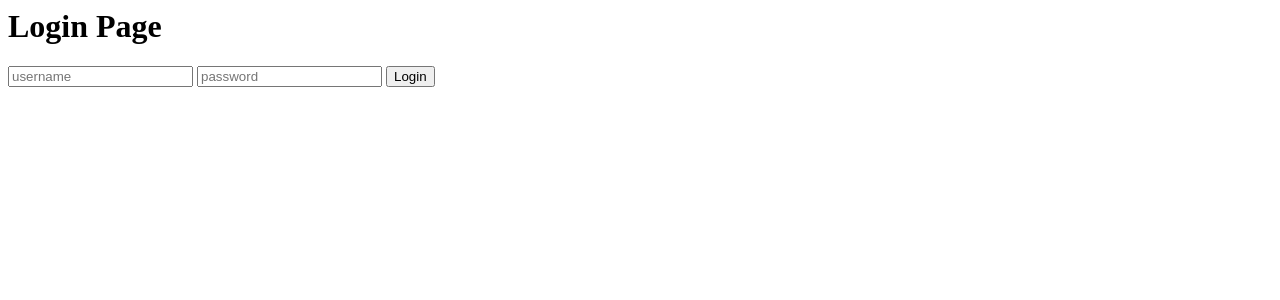
Repository: pichu0528/Web-Development
Page: http://localhost/login
The author's editor kept a record of every edit. The page is drawn from the files as they stood at one moment, then again after the next edit.
The browser window is 1280 px wide. The pictures show the whole page.
The page is served by the project's Node server (YelpCamp/v6/app.js). Other server files are loaded and not shown.

Above is the page before.

### YelpCamp/v6/views/login.ejs
<h1>Login Page</h1>

<form>
    <input type="text" name="username" placeholder="username">
    <input type="password" name="password" placeholder="password">
    <input type="submit" value="Login">
</form>

### YelpCamp/v6/app.js
var express       = require("express"),
    app           = express(),
    bodyparser    = require("body-parser"),
    mongoose      = require("mongoose"),
    passport      = require("passport"),
    LocalStrategy = require("passport-local"),
    Campground    = require("./models/campground.js"),
    Comment       = require("./models/comment"),
    User          = require("./models/user"),
    seedDB        = require("./seeds");

/*Connecting to Mongo Database*/
mongoose.connect("mongodb://localhost:27017/yelp_camp",{ useNewUrlParser: true });



// var campgrounds = [
//     {name: "Mountain", image:"https://upload.wikimedia.org/wikipedia/commons/thumb/6/6e/Monasterio_Khor_Virap%2C_Armenia%2C_2016-10-01%2C_DD_25.jpg/1200px-Monasterio_Khor_Virap%2C_Armenia%2C_2016-10-01%2C_DD_25.jpg"},
//     {name: "Ocean", image:"https://kids.nationalgeographic.com/content/dam/kids/photos/articles/Nature/H-P/Habitats/Ocean/wave.ngsversion.1500050062134.adapt.1900.1.jpg"},
//     {name: "Jungle", image:"https://www.geckosadventures.com/sites/geckos/files/styles/low-quality/public/elements/product/hero/ecuador-amazon-jungle-river.jpg"},{name: "Mountain", image:"https://upload.wikimedia.org/wikipedia/commons/thumb/6/6e/Monasterio_Khor_Virap%2C_Armenia%2C_2016-10-01%2C_DD_25.jpg/1200px-Monasterio_Khor_Virap%2C_Armenia%2C_2016-10-01%2C_DD_25.jpg"},
//     {name: "Ocean", image:"https://kids.nationalgeographic.com/content/dam/kids/photos/articles/Nature/H-P/Habitats/Ocean/wave.ngsversion.1500050062134.adapt.1900.1.jpg"},
//     {name: "Jungle", image:"https://www.geckosadventures.com/sites/geckos/files/styles/low-quality/public/elements/product/hero/ecuador-amazon-jungle-river.jpg"},{name: "Mountain", image:"https://upload.wikimedia.org/wikipedia/commons/thumb/6/6e/Monasterio_Khor_Virap%2C_Armenia%2C_2016-10-01%2C_DD_25.jpg/1200px-Monasterio_Khor_Virap%2C_Armenia%2C_2016-10-01%2C_DD_25.jpg"},
//     {name: "Ocean", image:"https://kids.nationalgeographic.com/content/dam/kids/photos/articles/Nature/H-P/Habitats/Ocean/wave.ngsversion.1500050062134.adapt.1900.1.jpg"},
//     {name: "Jungle", image:"https://www.geckosadventures.com/sites/geckos/files/styles/low-quality/public/elements/product/hero/ecuador-amazon-jungle-river.jpg"}
// ];

app.use(bodyparser.urlencoded({extended:true}));
app.set("view engine", "ejs");
app.use(express.static(__dirname + "/public")); // linking CSS stylesheet
//seedDB();

// Passport Configuration
app.use(require("express-session")({
    secret: "This can be anything that we want",
    resave: false,
    saveUninitialized: false
}));
app.use(passport.initialize());
app.use(passport.session());
passport.use(new LocalStrategy(User.authenticate()));
passport.serializeUser(User.serializeUser());
passport.deserializeUser(User.deserializeUser());

// Middleware - Passing {currentUser: req.user} into every route
app.use(function(req,res,next){
    res.locals.currentUser = req.user;
    next();
});

app.get("/", function(req,res){
   res.render("landing");
});

//INDEX - show all campgrounds
app.get("/campgrounds", function(req, res){
    // Get all campgrounds from DB
    Campground.find({},function(err,allCampgrounds){
        if(err){
            console.log(err);
        }
        else{
            res.render("campgrounds/index",{campgrounds:allCampgrounds});
        }
    })
    // res.render("campgrounds",{campgrounds:campgrounds});
});

// CREATE - add campground to DB
app.post("/campgrounds", function(req,res){
   // get data from form and add to campgrounds array
   var name= req.body.name;
   var image=req.body.image;
   var desc = req.body.description;
   var newCampground = {name: name, image: image, description: desc};
   // Create a new campground and save to DB
   Campground.create(newCampground, function(err,newlyCreated){
       if(err){
           console.log(err);
       }
       else{
           res.redirect("/campgrounds");
       }
   });
   // campgrounds.push(newCampground);
   // redirect back to campgrounds page
   // res.redirect("/campgrounds");
});

// NEW - show form to create new campground
app.get("/campgrounds/new", function(req,res){
   res.render("campgrounds/new");
});

// SHOW - shows more info about one campground
app.get("/campgrounds/:id", function(req,res){
    // find the campground with provided ID
    Campground.findById(req.params.id).populate("comments").exec( function(err,foundCampground){
        if(err){
            console.log(err);
        }
        else{
            console.log(foundCampground);
            // render show template with that campground
            res.render("campgrounds/show", {campground: foundCampground});
        }
    });
});

// ===============================
// Comment Routes
// ===============================

app.get("/campgrounds/:id/comments/new", isLoggedIn, function(req,res){
    // Find campground by id
    Campground.findById(req.params.id, function(err,campground){
        if(err){
            console.log(err);
        }else{
            res.render("comments/new",{campground:campground});
        }
    });

});

app.post("/campgrounds/:id/comments", isLoggedIn, function(req,res){
    // Lookup campground using ID
    Campground.findById(req.params.id, function(err, campground){
        if(err){
            console.log(err);
            res.redirect("/campgrounds");
        }else{
            // Create new comment
            Comment.create(req.body.comment, function(err,comment){
                if(err){
                    console.log(err);
                }else{
                    // Connect new comment to campground
                    campground.comments.push(comment);
                    campground.save();
                    // Redirect to campground showpage
                    res.redirect("/campgrounds/" + campground._id);
                }
            });
        }
    });
});

// ===============================
// Auth Routes
// ===============================

// Show Register Form
app.get("/register", function(req,res){
    res.render("register");
});
// Handle Signup Logic
app.post("/register", function(req,res){
    var newUser = new User({username: req.body.username});
    User.register(newUser, req.body.password, function(err,user){
        if(err){
            console.log(err);
            return res.render("register");
        }
        passport.authenticate("local")(req,res,function(){
            res.redirect("/campgrounds");
        });
    });
});

// Show Login Form
app.get("/login", function(req,res){
    res.render("login");
});
// Handle Login Logic
app.post("/login", passport.authenticate("local", {
    successRedirect: "/campgrounds",
    failureRedirect: "/login"
}), function(req,res){

});

// Logout Logic
app.get("/logout", function(req,res){
    req.logout();
    res.redirect("/campgrounds");
});

function isLoggedIn(req, res, next){
    if(req.isAuthenticated()){
        return next();
    }
    res.redirect("/login");
}

app.listen(process.env.PORT, process.env.IP, function(){
   console.log("YelpCamp Started");
});

### YelpCamp/v6/views/partials/header.ejs
<!DOCTYPE html>
<html>
    <head>
        <title>YelpCamp</title>
        <script src="//maxcdn.bootstrapcdn.com/bootstrap/3.3.5/js/bootstrap.min.js"></script>
        <link rel="stylesheet" href="//maxcdn.bootstrapcdn.com/bootstrap/3.3.5/css/bootstrap.min.css">
        <link rel="stylesheet" href="/stylesheets/main.css">
    </head>
    <body>
        <nav class="navbar navbar-default">
            <div class="container-fluid">
                <div class="navbar-header">
                    <a class="navbar-brand" href="/">Campgrounds</a>
                </div>
                <div class="collapse navbar-collapse">
                    <ul class="nav navbar-nav navbar-right">
                        <li><a href="/login">Login</a></li>
                        <li><a href="/register">Sign Up</a></li>
                        <li><a href="/login">Log Out</a></li>
                    </ul>
                </div>
            </div>
        </nav>

### YelpCamp/v6/public/stylesheets/main.css
.thumbnail{
    padding:0;
}
.thumbnail img{
    width:100%;
}
.thumbnail .caption-full{
    padding:9px;
}

After the next edit:
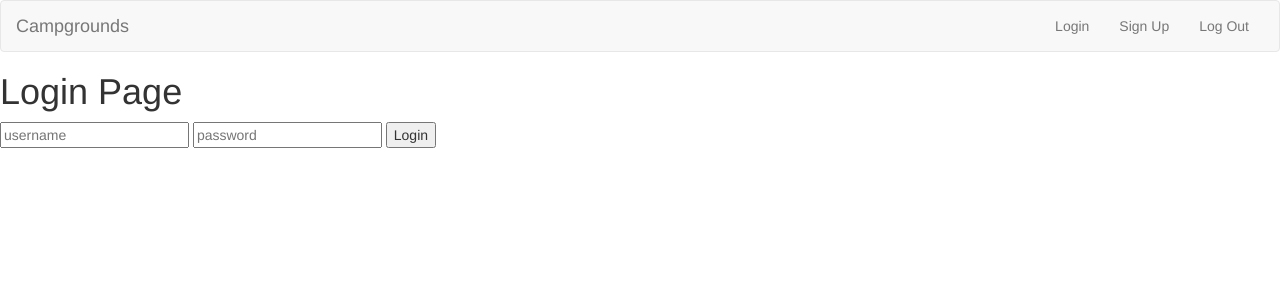
Console error (its wording comes from the project's code and is left out).
The edit:
--- a/YelpCamp/v6/views/login.ejs
+++ b/YelpCamp/v6/views/login.ejs
@@ -1,6 +1,7 @@
+<%include ./partials/header %>
 <h1>Login Page</h1>
 
-<form>
+<form action="/login" method="POST">
     <input type="text" name="username" placeholder="username">
     <input type="password" name="password" placeholder="password">
     <input type="submit" value="Login">
